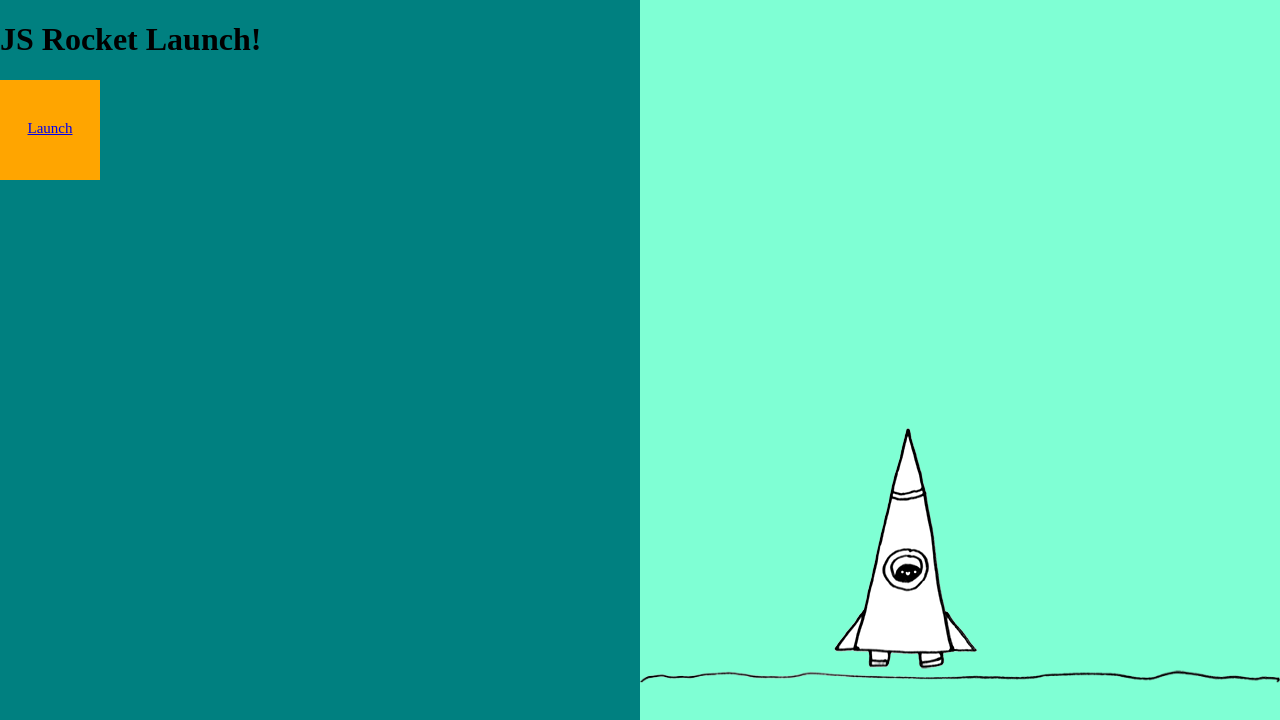
Repository: alcarrizo/Rocket-launch
Page: index.html
The author's editor kept a copy of each file at every save. The page is drawn from the files as they stood at one save, then again after the next save.
The browser window is 1280 px wide. The pictures show the whole page.

Above is the page before, as saved 2022-10-20 16:14:11.

After the next save:
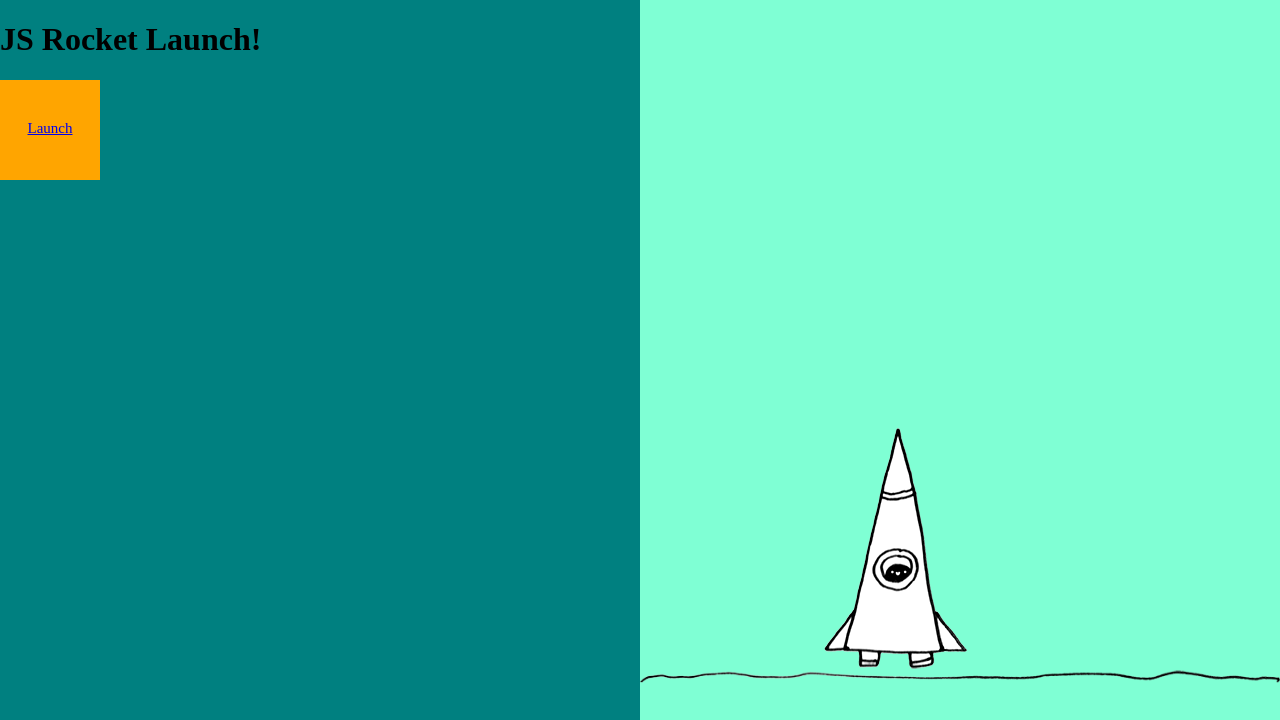
Saved 23 s later.
--- a/css/style.css
+++ b/css/style.css
@@ -30,7 +30,7 @@ body {
     height: 272px;
     background-color: blue;
     transition: bottom 10s;
-    margin-left: -126px;
+    margin-left: -136px;
 
 }
 
